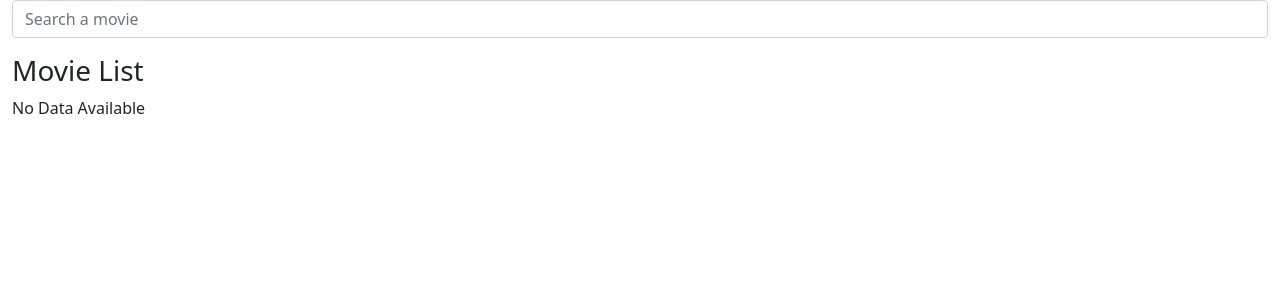
Repository: anirudhbichal/OMDBList
Page: /
These files come from the project's save history. The page is drawn as it stood at one moment and after the next save; the edit follows.
The browser window is 1280 px wide. The pictures show the whole page.
The project was rebuilt for these pictures with package versions that can differ from the ones it lists, and the page was loaded fresh each time. Also part of the build but not shown: src/App.css, src/components/MovieList.js.

Above is the page before, as saved 2022-01-16 22:08:44.

### src/App.js
import { useEffect, useState } from 'react';
import './App.css';
import 'bootstrap/dist/css/bootstrap.min.css';
import { Container, Spinner } from 'react-bootstrap';
import Search from './components/Search';
import MovieList from './components/MovieList';

function App() {
  const [searchvalue, setsearchvalue] = useState('');
  const [movies, setMovies] = useState([]);
  const [loading, setLoading] = useState(false);

  function getFullMovieDetails (id) {
    return fetch(`http://www.omdbapi.com/?i=${id}&apikey=6c3a2d45`);
  }

  async function fetchSearchData (val) {
    setLoading(true);
    let results = await fetch(`http://www.omdbapi.com/?s=${val}&apiKey=6c3a2d45`);
    results = await results.json();
    if(results.Response === "False") setLoading(false);

    results && results.Search && Promise.all(results.Search.map((r) => getFullMovieDetails(r.imdbID)))
      .then(async(res)=> Promise.all(res.map(async(data) => await data.json())))
      .then(data => {
        setMovies(data);
        setLoading(false);
      })
      .catch(err => {
        console.error(err);
        setLoading(false);
      });
  };

  useEffect(() => {
    if(searchvalue !== '') {
      fetchSearchData(searchvalue);
    }
  }, [searchvalue]);

  return (
    <Container fluid>
      <Search searchvalue={setsearchvalue} />
      <div className='mt-3'>
        <h3>Movie List</h3>
        {
          !loading ? (movies.length > 0  ? <MovieList movieData={movies}/> : <p>No Data Available</p>) :
          <Spinner animation="border" role="status">
            <span className="visually-hidden">Loading...</span>
          </Spinner>
        }
      </div>
    </Container>
  );
}

export default App;

### src/components/Search.js
import React from 'react'
import { Col, Form } from 'react-bootstrap'

const Search = (props) => {

    const getSearchValue = (event) => {
        if(event.target.value && event.target.value.length > 3) {
            props.searchvalue(event.target.value);
        }
    }

    return (
        <Col>
            <Form.Control placeholder="Search a movie" onChange={getSearchValue}/>
        </Col>
    )
}

export default Search

Loaded but not shown: public/index.html (common file); src/index.js (common file); src/index.css (common file); src/reportWebVitals.js (common file)

After the next save:
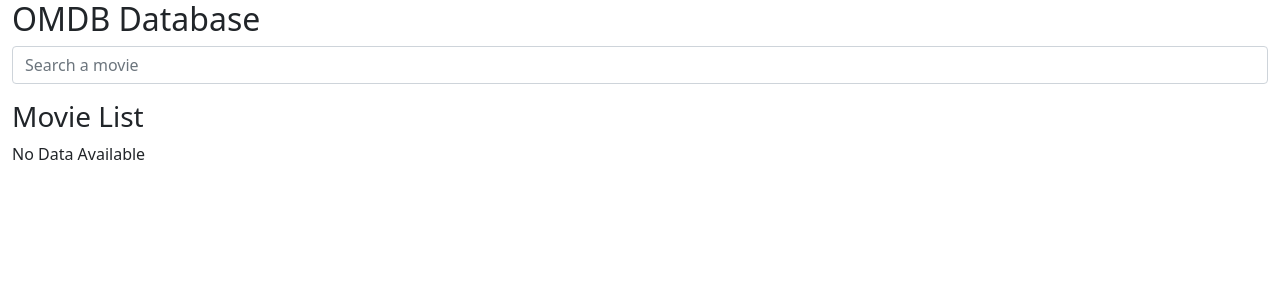
Saved 52 s later.
--- a/src/App.js
+++ b/src/App.js
@@ -40,6 +40,7 @@
 
   return (
     <Container fluid>
+      <h2>OMDB Database</h2>
       <Search searchvalue={setsearchvalue} />
       <div className='mt-3'>
         <h3>Movie List</h3>
